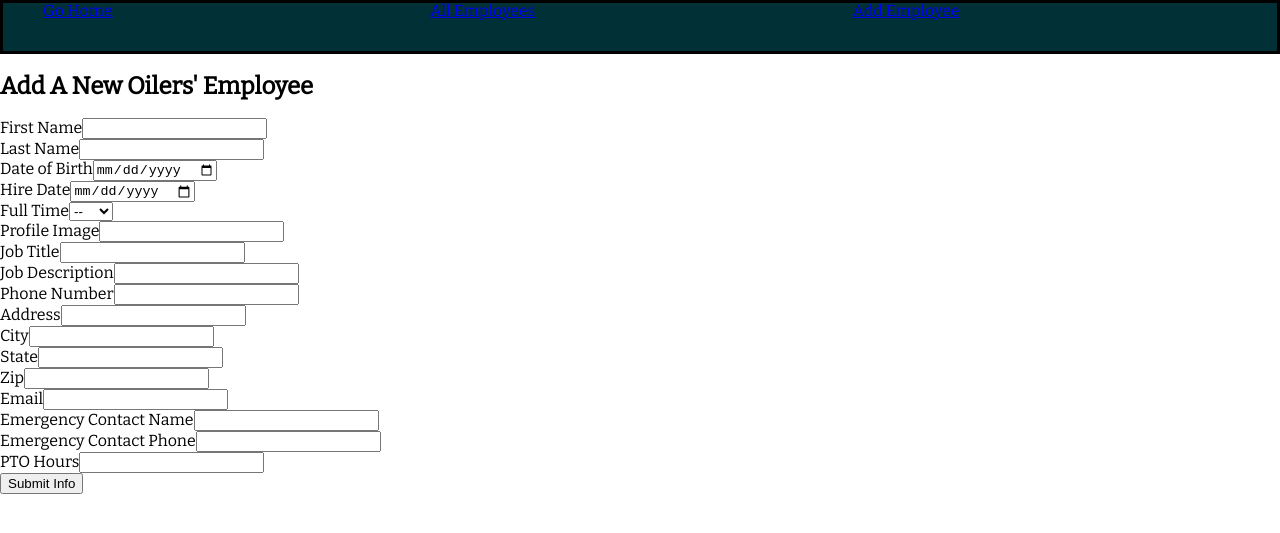
Repository: rh1456/employee-directory
Page: /2
An editor plug-in stored every save of this project. The page is shown before and after the next save, followed by the edit.
The browser window is 1280 px wide. The pictures show the whole page.
The project was rebuilt for these pictures with package versions that can differ from the ones it lists, and the page was loaded fresh each time. Also part of the build but not shown: src/pages/HomePage.jsx, src/pages/SingleEmployee.jsx, src/pages/AllEmployees.jsx.

Above is the page before, as saved 2019-12-08 18:26:39.

After the next save:
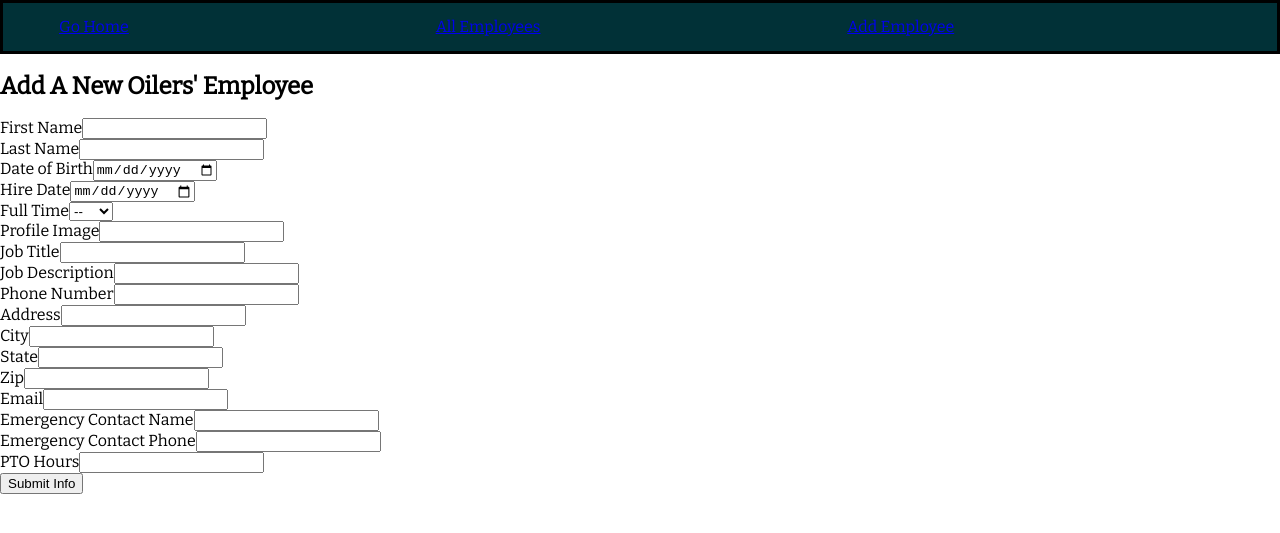
Saved 14 s later.
--- a/src/index.css
+++ b/src/index.css
@@ -22,7 +22,7 @@
 }
 nav li {
   list-style: none;
-  ufont-family: 'Bitter', serif;
+  margin: 1rem;
 }
 .homepage-head {
   display: flex;
